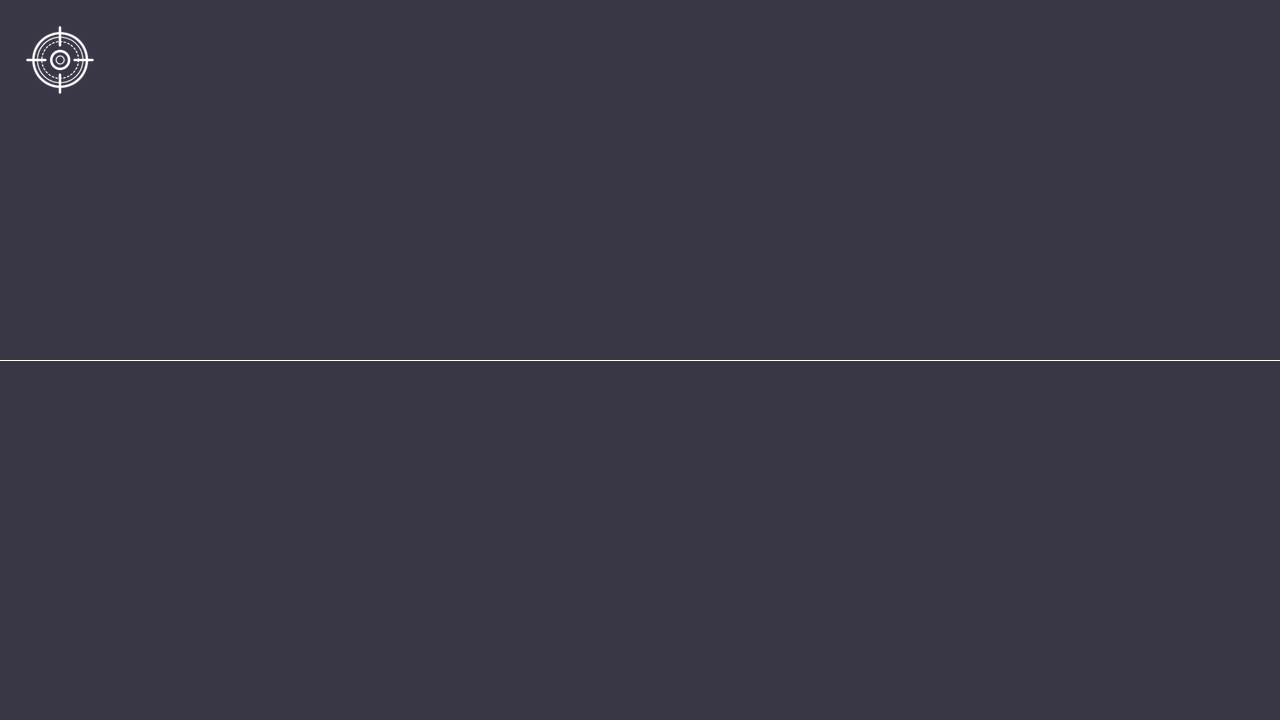
Repository: sephinejo/frontend-browser-101
Page: browser/practice-coordinates/index.html
The author's editor kept a copy of each file at every save. The page is drawn from the files as they stood at one save, then again after the next save.
The browser window is 1280 px wide. The pictures show the whole page.

Above is the page before, as saved 2023-05-10 16:56:26.

After the next save:
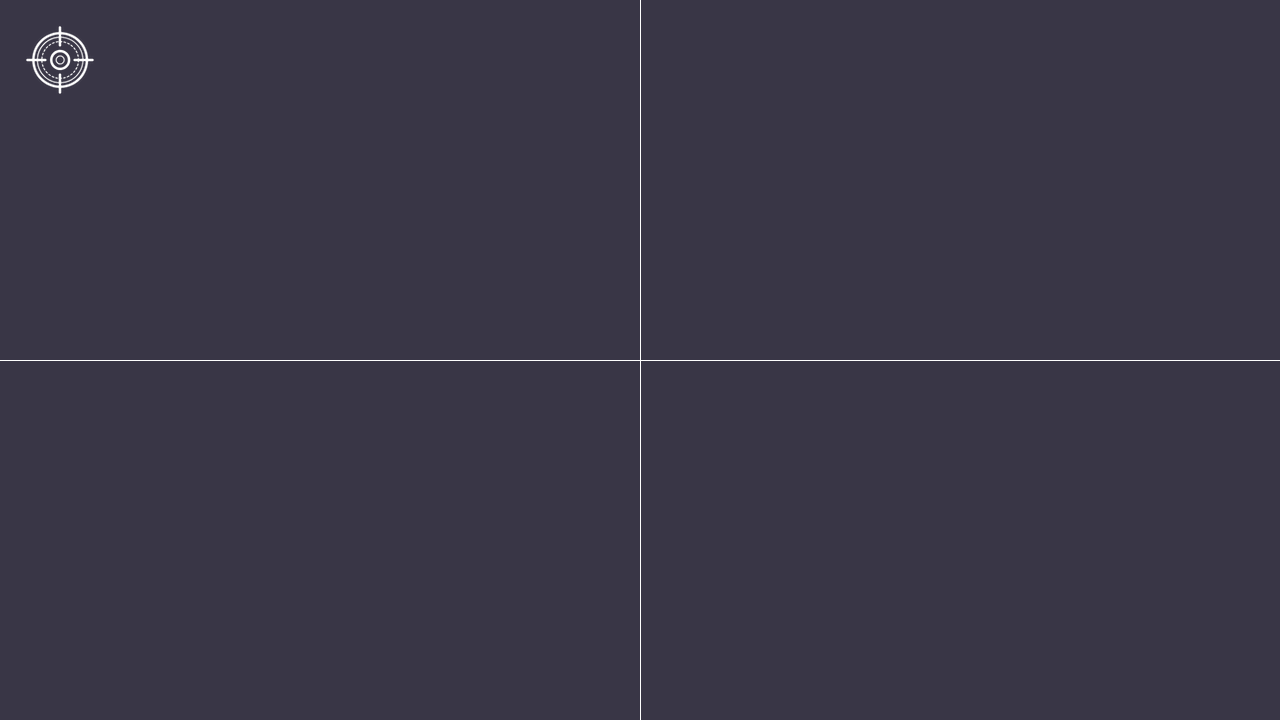
Saved 24 s later.
--- a/browser/practice-coordinates/style.css
+++ b/browser/practice-coordinates/style.css
@@ -14,6 +14,12 @@ body {
   top: 50%;
 }
 
+.vertical {
+  width: 1px;
+  height: 100%;
+  left: 50%;
+}
+
 .coordinates {
   color: white;
   font-size: 30px;
